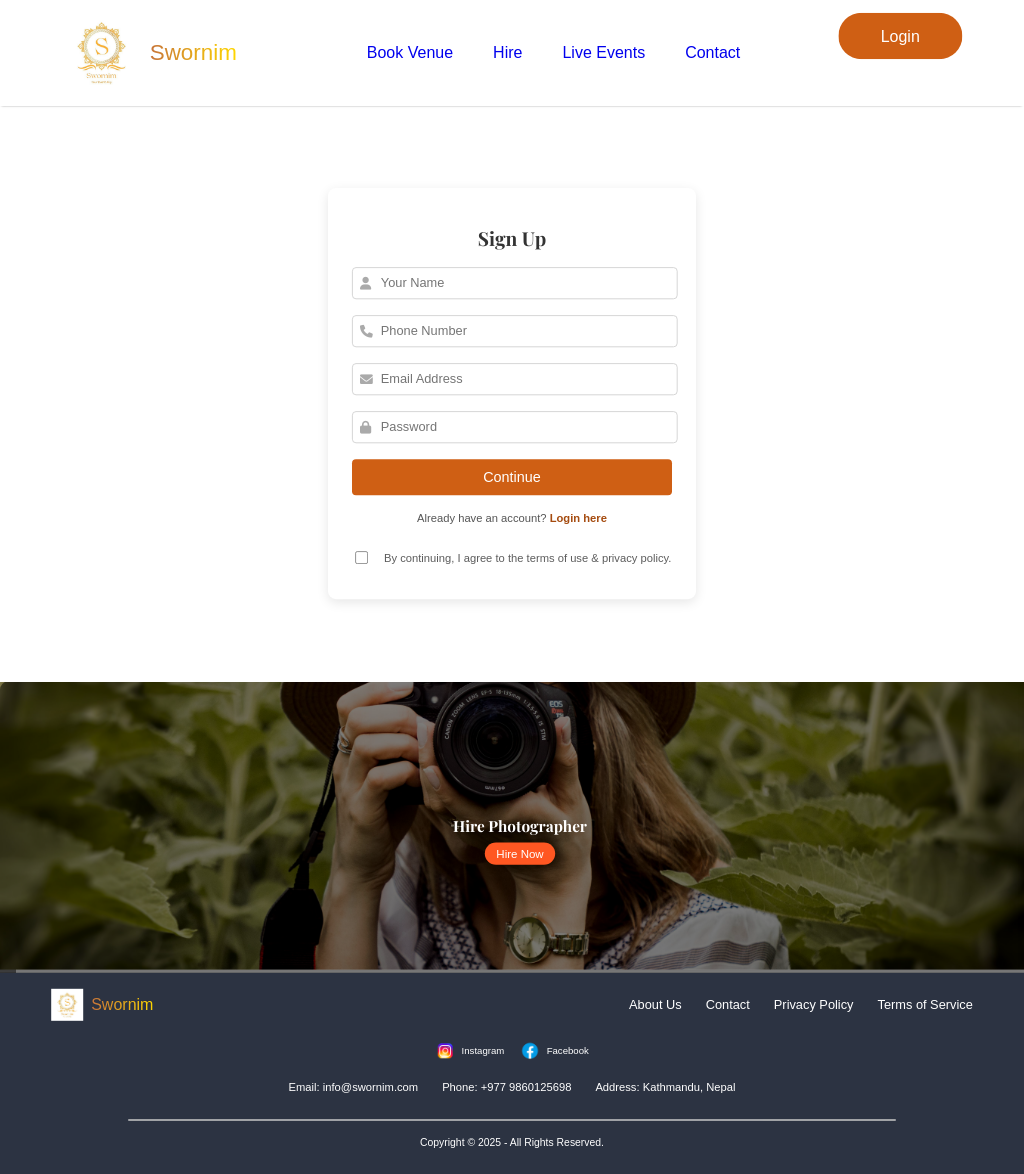
Repository: leonischu/Swornim
Page: /login (app in frontend/)
An editor plug-in stored every save of this project. The page is shown before and after the next save, followed by the edit.
The browser window is 1280 px wide. The pictures show the whole page, at 80% of full size.
Pictures or frames that could not be fetched are drawn as grey boxes. The project was rebuilt for these pictures with package versions that can differ from the ones it lists, and the page was loaded fresh each time. Also part of the build but not shown: frontend/src/App.css, frontend/src/Pages/Book.jsx, frontend/src/Pages/Contact.jsx.

Above is the page before, as saved 2025-06-01 18:55:12.

### frontend/public/index.html
<!DOCTYPE html>
<html lang="en">
  <head>
    <meta charset="utf-8" />
    <link rel="icon" href="%PUBLIC_URL%/favicon.ico" />
    <meta name="viewport" content="width=device-width, initial-scale=1" />
    <meta name="theme-color" content="#000000" />
    <meta
      name="description"
      content="Web site created using create-react-app"
    />
    <link rel="apple-touch-icon" href="%PUBLIC_URL%/logo192.png" />
    <!--
      manifest.json provides metadata used when your web app is installed on a
      user's mobile device or desktop. See https://developers.google.com/web/fundamentals/web-app-manifest/
    -->
    <link rel="manifest" href="%PUBLIC_URL%/manifest.json" />
    <link href="https://fonts.googleapis.com/css2?family=Lato:wght@400;600&family=Playfair+Display:wght@400;600;700&display=swap" rel="stylesheet">
    <link rel="stylesheet" href="https://cdnjs.cloudflare.com/ajax/libs/font-awesome/6.0.0-beta3/css/all.min.css"/>

    <!--
      Notice the use of %PUBLIC_URL% in the tags above.
      It will be replaced with the URL of the `public` folder during the build.
      Only files inside the `public` folder can be referenced from the HTML.

      Unlike "/favicon.ico" or "favicon.ico", "%PUBLIC_URL%/favicon.ico" will
      work correctly both with client-side routing and a non-root public URL.
      Learn how to configure a non-root public URL by running `npm run build`.
    -->
    <title>Swornim</title>
  </head>
  <body>
    <noscript>You need to enable JavaScript to run this app.</noscript>
    <div id="root"></div>
    <!--
      This HTML file is a template.
      If you open it directly in the browser, you will see an empty page.

      You can add webfonts, meta tags, or analytics to this file.
      The build step will place the bundled scripts into the <body> tag.

      To begin the development, run `npm start` or `yarn start`.
      To create a production bundle, use `npm run build` or `yarn build`.
    -->
  </body>
</html>

### frontend/src/index.css
body {
  margin: 0;
  font-family: -apple-system, BlinkMacSystemFont, 'Segoe UI', 'Roboto', 'Oxygen',
    'Ubuntu', 'Cantarell', 'Fira Sans', 'Droid Sans', 'Helvetica Neue',
    sans-serif;
  -webkit-font-smoothing: antialiased;
  -moz-osx-font-smoothing: grayscale;
  font-family: 'Lato', sans-serif ;
  color: rgb(29, 29, 29);
}
h1, h2, h3, h4, h5, h6 {
  font-family: 'Playfair Display', serif;
  color: rgb(23, 23, 23); /* Default heading color */
  font-weight: bold;
}
.body-medium {
  font-family: 'Lato', sans-serif;
  font-size: 16px;
  color: rgb(29, 29, 29);
}
.title-medium {
  font-family: 'Playfair Display', serif;
  font-size: 20px;
  font-weight: bold;
  color: rgb(23, 23, 23);
}
.headline-small {
  font-family: 'Playfair Display', serif;
  font-size: 24px;
  font-weight: bold;
  color: white; /* White for headings like "Book Venue" */
}

code {
  font-family: source-code-pro, Menlo, Monaco, Consolas, 'Courier New',
    monospace;
}

### frontend/src/App.js

import './App.css';
import { Navbar } from './Components/Navbar/Navbar';
import { BrowserRouter, Routes, Route } from 'react-router-dom';
import { Book } from './Pages/Book';
import { Contact } from './Pages/Contact';
import { LoginSignup } from './Pages/LoginSignup';
import { Footer} from './Components/Footer/Footer';
import Carousel from './Components/Carousel/Carousel';
function App() {
  return (
    <div>
      <BrowserRouter>
      <Navbar/>
       <Routes>
          <Route path='/' element={<Book/>}/>
          <Route path='/contact' element={<Contact/>}/>

          <Route path='/login' element={<LoginSignup/>}/>
          </Routes>
          <Carousel/>
         <Footer/>
      </BrowserRouter>
    </div>
  );
}

export default App;

### frontend/src/Components/Navbar/Navbar.jsx
import React, { useState } from 'react'
import './Navbar.css'

import logo from '../Assets/logo.jpg'
import { Link } from 'react-router-dom';
export const Navbar = () => {
    const [menu, setMenu] = useState(""); // State for active menu item

  return (
    <div className='navbar'>
      <div className='nav-logo'>
        <img src={logo} alt=""/>
        <p>Swornim</p>
      </div>
      <ul className="nav-menu">
        <li onClick={()=>{setMenu("book venue")}}><Link style={{ textDecoration: 'none' }}to='/'>Book Venue</Link>{menu==="book venue"?<hr/>:<></>}</li>
        <li onClick={()=>{setMenu("hire")}}><Link style={{ textDecoration: 'none' }}to='/hire'> Hire</Link>{menu==="hire"?<hr/>:<></>}</li>
        <li onClick={()=>{setMenu("live events")}}><Link style={{ textDecoration: 'none' }} to='/liveevents'>Live Events</Link>{menu==="live events"?<hr/>:<></>}</li>
        <li onClick={()=>{setMenu("contact")}}><Link style={{ textDecoration: 'none' }}  to='/contact'>Contact</Link >{menu==="contact"?<hr/>:<></>}</li>
      </ul>
      <div className='nav-login-cart'>
        <Link to='/login'><button>Login</button></Link>

      </div>
    </div>
  )
}

### frontend/src/Pages/LoginSignup.jsx
import React, { useState } from "react";
import "./CSS/LoginSignup.css";

export const LoginSignup = () => {
  const [isSignup, setIsSignup] = useState(true); // State to toggle between Login and Signup

  return (
    <div className="loginsignup">
      <div className="loginsignup-container">
        <h1>{isSignup ? "Sign Up" : "Login"}</h1>
        <div className="loginsignup-fields">
          {isSignup ? (
            <>
              <div className="input-container">
                <i className="fas fa-user"></i>
                <input type="text" placeholder="Your Name" />
              </div>
              <div className="input-container">
              <i className="fa fa-phone"></i>
              <input type="text" placeholder="Phone Number" />
             </div>
              <div className="input-container">
                <i className="fas fa-envelope"></i>
                <input type="email" placeholder="Email Address" />
              </div>
              <div className="input-container">
                <i className="fas fa-lock"></i>
                <input type="password" placeholder="Password" />
              </div>
            </>
          ) : (
            <>
              <div className="input-container">
                <i className="fas fa-envelope"></i>
                <input type="email" placeholder="Email Address" />
              </div>
              <div className="input-container">
                <i className="fas fa-lock"></i>
                <input type="password" placeholder="Password" />
              </div>

            </>
          )}
        </div>
        <button>{isSignup ? "Continue" : "Login"}</button>
        <p className="loginsignup-login">
          {isSignup ? (
            <>
              Already have an account?{" "}
              <span onClick={() => setIsSignup(false)}>Login here</span>
            </>
          ) : (
            <>
              Don't have an account?{" "}
              <span onClick={() => setIsSignup(true)}>Sign Up</span>
            </>
          )}
        </p>
        {isSignup && (
          <div className="loginsignup-agree">
            <input type="checkbox" />
            <p>By continuing, I agree to the terms of use & privacy policy.</p>
          </div>
        )}
      </div>
    </div>
  );
};

### frontend/src/Components/Footer/Footer.jsx
import React from 'react'
import './Footer.css'
import footer_logo from '../Assets/logo.jpg'
import instagram_icon from '../Assets/instagram_icon.png'
import facebook_icon from '../Assets/facebook_icon.png'

export const Footer = () => {
  return (
    <div className='footer'>

      {/* Logo and Navigation Links */}
      <div className='footer-top'>
        <div className="footer_logo">
          <img src={footer_logo} alt='logo' />
          <p>Swornim</p>
        </div>

        <ul className='footer-links'>
          <li>About Us</li>
          <li>Contact</li>
          <li>Privacy Policy</li>
          <li>Terms of Service</li>
        </ul>
      </div>

      {/* Social Icons */}
      <div className="footer-social-section">
        <div className="footer-social-icon">
          <a
            href="https://instagram.com"
            target="_blank"
            rel="noopener noreferrer"
            className='footer-icons-container'
          >
            <img src={instagram_icon} alt="Instagram" />
            <span>Instagram</span>
          </a>
          <a
            href="https://facebook.com"
            target="_blank"
            rel="noopener noreferrer"
            className='footer-icons-container'
          >
            <img src={facebook_icon} alt="Facebook" />
            <span>Facebook</span>
          </a>
        </div>
      </div>

      {/* Contact Info */}
      <div className="footer-contact">
        <p>Email: info@swornim.com</p>
        <p>Phone: +977 9860125698 </p>
        <p>Address: Kathmandu, Nepal</p>
      </div>

      {/* Copyright */}
      <div className="footer-copyright">
        <hr />
        <p>Copyright © 2025 - All Rights Reserved.</p>
      </div>

    </div>
  )
}

### frontend/src/Components/Carousel/Carousel.jsx
import React from 'react';
import Slider from "react-slick";
import "slick-carousel/slick/slick.css";
import "slick-carousel/slick/slick-theme.css";
import "./Carousel.css";
const Carousel = () => {
  const settings = {
    dots: true,
    infinite: true,
    speed: 500,
    slidesToShow: 1,
    slidesToScroll: 1,
    autoplay: true,
    autoplaySpeed: 3000,
  };

  const slides = [
    {
      title: "Book Your Event",
      image: require("../Assets/venue.jpg"),
      buttonText: "Book Now",
    },
    {
      title: "Hire Photographer",
      image: require("../Assets/photographer.jpg"),
      buttonText: "Hire Now",
    },
    {
      title: "Hire Makeup Artist",
      image: require("../Assets/makeupartist.jpg"),
      buttonText: "Hire Now",
    },
    {
      title: "Get Into Live Events",
      image: require("../Assets/liveevent.jpg"),
      buttonText: "Explore Now",
    },
  ];

return (
  <div className="carousel-container">
    <Slider {...settings}>
      {slides.map((slide, index) => (
        <div key={index} className="carousel-slide">
          <img
            src={slide.image}
            alt={slide.title}
            className="carousel-image"
          />
          <div className="carousel-overlay">
            <h2 className="carousel-title">{slide.title}</h2>
            <button className="carousel-button">{slide.buttonText}</button>
          </div>
        </div>
      ))}
    </Slider>
  </div>
);
}

export default Carousel;

### frontend/src/Components/Navbar/Navbar.css
.navbar{
    display:flex;
    justify-content: space-around;
    padding: 16px;
    box-shadow: 0 1px 3px -2px black;
}
.nav-logo{
    display: flex;
    align-items: center;
    gap: 10px;
}
.nav-logo p {
    background: linear-gradient(to right, rgba(199, 116, 57, 1), #FFD700);
    -webkit-background-clip: text;
    -webkit-text-fill-color: transparent;
    background-clip: text; /* Optional for broader support */
    font-size: 28px;
    font-weight: 400;
}
.nav-logo img {
    width: 100px; /* Adjust the width of an image/icon */
    height: auto;
}
.nav-menu{
    display: flex;
    align-items: center;
    list-style: none;
    gap: 50px;
    color: black;
    font-size: 20px;
    font-weight: 500;

}
.nav-menu li{
    display: flex;
    flex-direction: column;
    align-items: center;
    justify-content: center;
    gap: 3px;
    cursor: pointer;

}
.nav-menu hr{
    border: none;
    width: 90%;
    height: 3px;
    border-radius: 15px;
    background: rgba(207, 95, 20, 1);

}
.nav-login-cart {
    display: flex; /* Flexbox layout */
    gap: 15px; /* Adjust the gap between buttons */
}
.nav-login-cart button{
    width: 155px;
    height: 58px;
    outline: none;
    border: 1px solid transparent;
    border-radius: 75px;
    background-color: rgba(207, 95, 20, 1);
    color: white;
    font-size: 20px;
    font-weight: 500;
    cursor: pointer;
}
.nav-login-cart button:active{
    background: rgba(44, 51, 66, 1);
}

### frontend/src/Pages/CSS/LoginSignup.css
body, html {
  margin: 0;
  padding: 0;
  box-sizing: border-box;
  font-family: 'Arial', sans-serif;
}

.loginsignup {
  width: 100%;
  height: 100vh;
  display: flex;
  justify-content: center;
  align-items: center;
  background: none; /* No background color */
}

.loginsignup-container {
  width: 400px;
  padding: 30px;
  background: white;
  border-radius: 10px;
  box-shadow: 0 4px 15px rgba(0, 0, 0, 0.1);
  text-align: center;
}

.loginsignup-container h1 {
  margin-bottom: 20px;
  color: #333;
  font-size: 24px;
}

.input-container {
  position: relative;
  margin-bottom: 20px;
}

.input-container i {
  position: absolute;
  top: 50%;
  left: 10px;
  transform: translateY(-50%);
  color: #aaa;
  font-size: 16px;
}

.input-container input {
  width: calc(100% - 40px);
  padding: 10px 10px 10px 35px;
  border: 1px solid #ccc;
  border-radius: 5px;
  font-size: 16px;
  outline: none;
  color: #333;
}

.input-container input:focus {
  border-color: #555;
}

button {
  width: 100%;
  padding: 12px;
  border: none;
  border-radius: 5px;
  background: rgba(207, 95, 20, 1);
  color: white;
  font-size: 18px;
  cursor: pointer;
  transition: background 0.3s ease-in-out;
}

button:hover {
  background: rgba(165, 75, 15, 1);
}

.loginsignup-login {
  margin-top: 20px;
  color: #555;
  font-size: 14px;
}

.loginsignup-login span {
  color: rgba(165, 75, 15, 1);;
  font-weight: bold;
  cursor: pointer;
}

.loginsignup-login span:hover {
  text-decoration: underline;
}

.loginsignup-agree {
  display: flex;
  align-items: center; /* Vertically aligns checkbox and text */
  gap: 10px; /* Space between the checkbox and the text */
  margin-top: 20px;
  font-size: 14px;
  color: #5c5c5c;
}

.loginsignup-agree input {
  margin-right: 10px;
}

.loginsignup-agree input[type='checkbox'] {
  width: 16px; /* Adjust the size of the checkbox */
  height: 16px;
  cursor: pointer; /* Makes the checkbox more interactive */
}

### frontend/src/Components/Footer/Footer.css
.footer {
  display: flex;
  flex-direction: column;
  justify-content: center;
  align-items: center;
  gap: 25px; /* Increased gap for better spacing */
  padding: 20px 0;
  background-color: rgba(44, 51, 66, 1);
  color: white;
  font-family: Arial, sans-serif;
  font-size: 14px;
}

/* Top section with logo and links */
.footer-top {
  display: flex;
  flex-wrap: wrap;
  justify-content: space-between;
  align-items: center;
  width: 90%;
  max-width: 1200px;
}

.footer_logo {
  display: flex;
  align-items: center;
  gap: 10px;
}

.footer_logo img {
  width: 40px;
  height: auto;
}

.footer_logo p {
  background: linear-gradient(to right, rgba(199, 116, 57, 1), #FFD700);
  -webkit-background-clip: text;
  -webkit-text-fill-color: transparent;
  font-size: 20px;
  font-weight: 500;
  margin: 0;
}

.footer-links {
  display: flex;
  list-style: none;
  gap: 30px;
  padding: 0;
  margin: 0;
  font-size: 16px;
  text-align: center;
}

.footer-links li {
  cursor: pointer;
  transition: color 0.3s;

}

.footer-links li:hover {
  color: #ffa500;
}

/* Social Icons Section */
.footer-social-section {
  width: 90%;
  max-width: 1200px;
  text-align: center;
}

.footer-social-icon {
  display: flex;
  justify-content: center;
  gap: 20px;
}

.footer-icons-container {
  display: flex;
  align-items: center;
  gap: 8px;
  text-decoration: none;
  color: white;
  background: none;
  border: none;
  cursor: pointer;
  transition: color 0.3s ease;
}

.footer-icons-container img {
  width: 25px;
  height: 25px;
}

.footer-icons-container span {
  font-size: 12px;
}

.footer-icons-container:hover {
  color: #ff5722;
}

/* Contact Info Section */
.footer-contact {
  display: flex;
  flex-wrap: wrap;
  justify-content: center;
  gap: 30px;
  text-align: center;
  width: 90%;
  max-width: 1200px;
  font-size: 14px;
}

.footer-contact p {
  margin: 0;
}

/* Copyright Section */
.footer-copyright {
  display: flex;
  flex-direction: column;
  align-items: center;
  width: 100%;
  max-width: 1200px;
  color: white;
  font-size: 13px;
  text-align: center;
}

.footer-copyright hr {
  width: 80%;
  border: none;
  border-radius: 10px;
  height: 2px;
  background: #c7c7c7;
}

### frontend/src/Components/Carousel/Carousel.css
/* Carousel container */
.carousel-container {
  width: 100vw;
  margin: 0 auto;
  overflow: hidden;
}

/* Each slide */
.carousel-slide {
  position: relative;
  display: flex;
  justify-content: center;
  align-items: center;
}

/* Image styles */
.carousel-image {
  width: 100vw;
  height: 50vh;    /* Half viewport height */
  object-fit: cover; /* Ensures the image fills the area without distortion */
  border-radius: 0;
  box-shadow: 0px 4px 8px rgba(0, 0, 0, 0.1);
}

/* Overlay styles */
.carousel-overlay {
  position: absolute;
  top: 0;
  left: 0;
  width: 100%;
  height: 100%;
  background: rgba(0, 0, 0, 0.5); /* Slightly darker overlay */
  display: flex;
  flex-direction: column;
  justify-content: center;
  align-items: center;
  border-radius: 10px;
  padding: 10px;
}

/* Title styles */
.carousel-title {
  color: white;
  font-size: 1.2rem; /* Smaller font size for titles */
  font-weight: bold;
  margin-bottom: 8px;
  text-align: center;
}

/* Button styles */
.carousel-button {
  background-color: #ff5722;
  color: white;
  display: inline-block;
  width: auto;
  max-width: 150px;
  padding: 6px 14px; /* Smaller padding for buttons */
  border: none;
  border-radius: 20px;
  font-size: 0.9rem; /* Smaller button font size */
  cursor: pointer;
  box-shadow: 0px 2px 6px rgba(0, 0, 0, 0.2);
  transition: background-color 0.3s ease;
}

.carousel-button:hover {
  background-color: #e64a19;
}

Loaded but not shown: frontend/src/index.js (common file); frontend/src/reportWebVitals.js (common file)

After the next save:
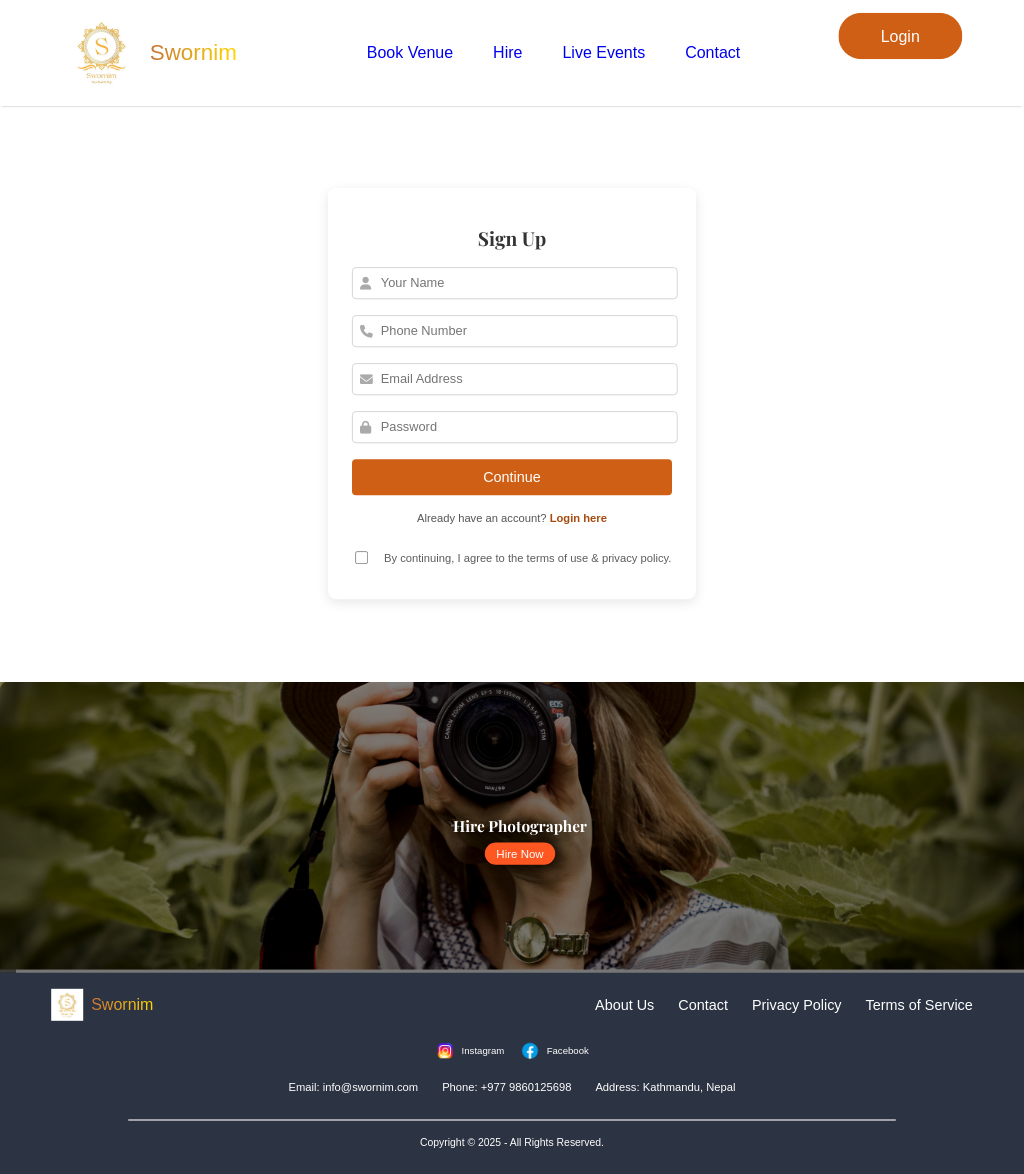
Saved 37 s later.
--- a/frontend/src/Components/Footer/Footer.css
+++ b/frontend/src/Components/Footer/Footer.css
@@ -47,7 +47,7 @@
   gap: 30px;
   padding: 0;
   margin: 0;
-  font-size: 16px;
+  font-size: 18px;
   text-align: center;
 }
 
